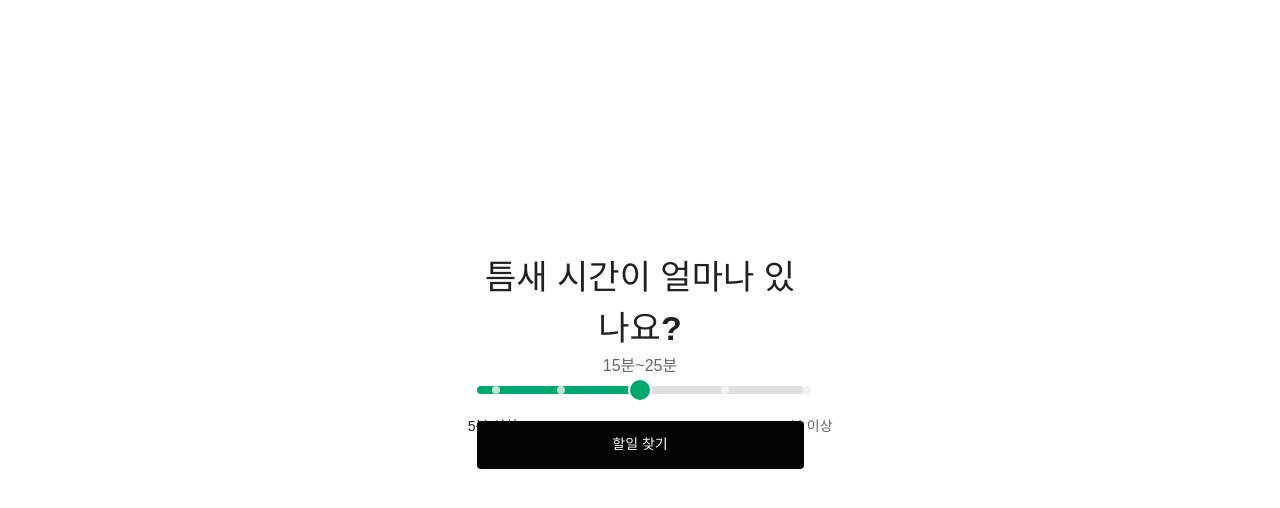
Repository: Tickley-Team/Tickley
Page: /survey
An editor plug-in stored every save of this project. The page is shown before and after the next save, followed by the edit.
The browser window is 1280 px wide. The pictures show the whole page.
The project was rebuilt for these pictures with package versions that can differ from the ones it lists, and the page was loaded fresh each time. Also part of the build but not shown: vite.config.ts, src/components/BottomNavbar.css, src/components/BottomNavbar.tsx, src/hooks/useLocalStorage.ts, src/stores/timeLeftStore.ts, src/utils.ts, src/components/BasicDialog.tsx, src/pages/Todos.tsx and 12 more.

Above is the page before, as saved 2024-12-09 16:22:33.

### index.html
<!doctype html>
<html lang="en">
  <head>
    <meta charset="UTF-8" />
    <link rel="icon" type="image/svg+xml" href="/src/assets/tickley-favicon.svg" />
    <meta name="viewport" content="width=device-width, initial-scale=1.0" />
    <title>Tickley</title>
    <meta name="description" content="자투리 시간을 알차게 보내고 싶으신가요? 그럼 티클리!">
    <meta property="og:title" content="Tickley">
    <meta property="og:url" content="https://tickley-team.github.io/Tickley/">
    <meta property="og:image" content="https://tickley-team.github.io/Tickley/cute-tickley.png">
    <meta property="og:description" content="자투리 시간을 알차게 보내고 싶으신가요? 그럼 티클리!">
  </head>
  <body>
    <div id="root"></div>
    <script type="module" src="/src/main.tsx"></script>
  </body>
</html>

### src/index.css
:root {
  font-family: Pretandard, system-ui, Avenir, Helvetica, Arial, sans-serif;

  color-scheme: light dark;
  font-synthesis: none;
  text-rendering: optimizeLegibility;
  -webkit-font-smoothing: antialiased;
  -moz-osx-font-smoothing: grayscale;
}

@font-face {
  font-family: 'S-CoreDream-5Medium';
  src: url('https://fastly.jsdelivr.net/gh/projectnoonnu/noonfonts_six@1.2/S-CoreDream-5Medium.woff')
    format('woff');
  font-weight: 500;
  font-style: normal;
}

@font-face {
  font-family: 'S-CoreDream-6Bold';
  src: url('https://fastly.jsdelivr.net/gh/projectnoonnu/noonfonts_six@1.2/S-CoreDream-6Bold.woff')
    format('woff');
  font-weight: 600;
  font-style: normal;
}

@font-face {
  font-family: 'S-CoreDream-8Heavy';
  src: url('https://fastly.jsdelivr.net/gh/projectnoonnu/noonfonts_six@1.2/S-CoreDream-8Heavy.woff')
    format('woff');
  font-weight: 800;
  font-style: normal;
}

@font-face {
  font-family: 'S-CoreDream-7ExtraBold';
  src: url('https://fastly.jsdelivr.net/gh/projectnoonnu/noonfonts_six@1.2/S-CoreDream-7ExtraBold.woff')
    format('woff');
  font-weight: 700;
  font-style: normal;
}

### src/App.tsx
import './App.css'

import Todos from './pages/Todos'
import TodosFind from './pages/TodosFind'
import SurveySpareTime from './pages/SurveySpareTime'
import Home from './pages/Home'
import OnboardingPage from './pages/OnboardingPage'
import TodosMemory from './pages/TodosMemory'
import ProgressTimer from './pages/ProgressTimer'
import CompletedTimer from './pages/CompletedTimer'
import { fetchRecommendTodos } from './api/fetchRecommendTodos'
import { createBrowserRouter, RouterProvider } from 'react-router'
import { ThemeProvider } from '@mui/material/styles'
import { TickleyTheme } from './theme'
import CssBaseline from '@mui/material/CssBaseline'

function App() {
  const isProduction = process.env.NODE_ENV === 'production'
  const basename = isProduction ? '/Tickley' : '/'

  const router = createBrowserRouter(
    [
      {
        path: '/',
        element: <Home />,
      },
      {
        path: '/todos',
        element: <Todos />,
      },
      {
        path: '/todos/find',
        element: <TodosFind />,
        loader: () =>
          fetchRecommendTodos(
            `${import.meta.env.BASE_URL}data/todoRecommendData.json`,
          ),
      },
      {
        path: '/todos/memory',
        element: <TodosMemory />,
      },
      {
        path: '/survey',
        element: <SurveySpareTime />,
      },
      {
        path: '/onboarding/:onboardingId',
        element: <OnboardingPage />,
      },
      {
        path: '/timer/progress',
        element: <ProgressTimer />,
      },
      {
        path: '/timer/completed',
        element: <CompletedTimer />,
      },
    ],
    {
      basename,
    },
  )

  return (
    <ThemeProvider theme={TickleyTheme}>
      <RouterProvider router={router} />
      <CssBaseline />
    </ThemeProvider>
  )
}

export default App

### src/App.css
#root {
  /* max-width: 1280px; */
  margin: 0 auto;
  text-align: center;
}

### src/pages/SurveySpareTime/index.tsx
import { useCallback } from 'react'
import { useNavigate } from 'react-router'
import { MobileLayout } from '../../layout/MobileLayout'
import { RangeSlider } from '../../components/RangeSlider'
import { Typography } from '@mui/material'
import { CTAButton } from '../../components/Button'

const SurveySpareTime = () => {
  const navigate = useNavigate()
  const handleClickButton = useCallback(() => {
    navigate('/todos/find')
  }, [])
  return (
    <MobileLayout>
      <Typography variant="title-6-bold-34">
        틈새 시간이 얼마나 있나요?
      </Typography>
      <RangeSlider />
      <CTAButton onClick={handleClickButton}>할일 찾기 </CTAButton>
    </MobileLayout>
  )
}

export default SurveySpareTime

### src/api/fetchRecommendTodos.ts
import { RecommendTodo } from '../types'

export const fetchRecommendTodos = async (
  path: string,
): Promise<Array<RecommendTodo>> => {
  try {
    const response = await fetch(path)
    if (!response.ok) {
      throw new Error(`HTTP error! status: ${response.status}`)
    }
    return response.json()
  } catch (error) {
    if (error instanceof Error) {
      throw new Error(`데이터 로드 실패: ${error.message}`)
    }
    throw new Error('알 수 없는 에러가 발생했습니다')
  }
}

### src/theme.ts
import { createTheme } from '@mui/material/styles'

import tokens from './assets/tokens.json'

import React from 'react'

export const TickleyTheme = createTheme({
  palette: {
    primary100: tokens.color.pri100.value,
    primary500: tokens.color.pri500.value,
    primary900: tokens.color.pri900.value,

    gray100: tokens.color.gray100.value,
    gray200: tokens.color.gray200.value,
    gray300: tokens.color.gray300.value,
    gray400: tokens.color.gray400.value,
    gray600: tokens.color.gray600.value,
    gray700: tokens.color.gray700.value,
    gray800: tokens.color.gray800.value,
    gray900: tokens.color.gray900.value,
    gray1000: tokens.color.gray1000.value,

    semanticRed: '#F24822',
    semanticPurple1: '#5B67BA',
    semanticGreen: '#009951',
    semanticGreen1: '#D6F2CC',
    semanticGreen2: '#B2DDA2',
    semanticGreen3: '#7BB766',
    semanticGreen4: '#367A1E',
  },

  typography: {
    fontFamily: '"S-CoreDream", Arial, sans-serif',

    'headline-8-heavy': {
      fontWeight: 800,

      fontSize: '48px',
    },

    'headline-5-medium': {
      fontWeight: 500,

      fontSize: '66px',
    },

    'title-6-bold-34': {
      fontWeight: 600,

      fontSize: '34px',
    },

    'title-5-medium-26': {
      fontWeight: 500,

      fontSize: '26px',
    },

    'title-7-extrabold-20': {
      fontWeight: 700,

      fontSize: '20px',
    },

    'title-5-medium-18': {
      fontWeight: 500,

      fontSize: '18px',
    },

    'title-5-medium-16': {
      fontWeight: 500,

      fontSize: '16px',
    },

    'title-5-medium-12': {
      fontWeight: 500,

      fontSize: '12px',
    },
  },
})

//TODO: 타입 정의 파일로 옮기기

declare module '@mui/material/styles' {
  interface Palette {
    primary100: string
    primary500: string
    primary900: string
    gray100: string
    gray200: string
    gray300: string
    gray400: string
    gray600: string
    gray700: string
    gray800: string
    gray900: string
    gray1000: string

    semanticGreen1: string
    semanticGreen2: string
    semanticGreen3: string
    semanticGreen4: string
    semanticRed: string
    semanticPurple1: string
    semanticGreen: string
  }

  interface PaletteOptions {
    primary100: string
    primary500: string
    primary900: string
    gray100: string
    gray200: string
    gray300: string
    gray400: string
    gray600: string
    gray700: string
    gray800: string
    gray900: string
    gray1000: string

    semanticGreen1: string
    semanticGreen2: string
    semanticGreen3: string
    semanticGreen4: string
    semanticRed: string
    semanticPurple1: string
    semanticGreen: string
  }
}

declare module '@mui/material/Typography' {
  interface TypographyPropsVariantOverrides {
    'headline-5-medium': true

    'headline-8-heavy': true

    'title-6-bold-34': true

    'title-5-medium-26': true

    'title-7-extrabold-20': true

    'title-5-medium-18': true

    'title-5-medium-16': true

    'title-5-medium-12': true
  }
}

declare module '@mui/material/styles' {
  interface TypographyVariants {
    'headline-5-medium': React.CSSProperties

    'headline-8-heavy': React.CSSProperties

    'title-6-bold-34': React.CSSProperties

    'title-5-medium-26': React.CSSProperties

    'title-7-extrabold-20': React.CSSProperties

    'title-5-medium-18': React.CSSProperties

    'title-5-medium-16': React.CSSProperties

    'title-5-medium-12': React.CSSProperties
  }

  interface TypographyVariantsOptions {
    'headline-5-medium'?: React.CSSProperties

    'headline-8-heavy'?: React.CSSProperties

    'title-6-bold-34'?: React.CSSProperties

    'title-5-medium-26'?: React.CSSProperties

    'title-7-extrabold-20'?: React.CSSProperties

    'title-5-medium-18'?: React.CSSProperties

    'title-5-medium-16'?: React.CSSProperties

    'title-5-medium-12'?: React.CSSProperties
  }
}

### src/components/RangeSlider.tsx
import styled from '@emotion/styled'
import { Box, Slider, SliderProps, Typography } from '@mui/material'
import { useRecommendTodoFilterStore } from '../stores/recommendTodoFilterStore'

type RangeSliderProps = Partial<SliderProps>

const RangeMapper = [
  { value: 5, label: '5분 이하', displayText: '5분 이하', time: 5 },
  { value: 25, label: '', displayText: '5분~15분', time: 15 },
  { value: 50, label: '', displayText: '15분~25분', time: 25 },
  { value: 75, label: '', displayText: '25분~35분', time: 35 },
  { value: 100, label: '40분 이상', displayText: '40분 이상', time: 40 },
]

export const RangeSlider = ({ ...restProps }: RangeSliderProps) => {
  const { spareTime, setSpareTime } = useRecommendTodoFilterStore()

  const handleChange = (_event: Event, value: number | number[]) => {
    const time = RangeMapper.find((step) => step.value === value)?.time
    setSpareTime(time ?? 5)
  }

  const marks = RangeMapper.map(({ value, label }) => ({
    value,
    label,
  }))
  return (
    <Box width={'100%'}>
      <Typography sx={{ mb: 1, color: '#666666' }}>
        {/* TODO: refactor 연산 */}
        {RangeMapper.find(({ time }) => time === spareTime)?.displayText}
      </Typography>
      <CustomSlider
        value={RangeMapper.find(({ time }) => time === spareTime)?.value}
        marks={marks}
        step={null}
        onChange={handleChange}
        {...restProps}
      />
    </Box>
  )
}

const CustomSlider = styled(Slider)({
  height: 8,
  padding: 0,
  '& .MuiSlider-rail': {
    opacity: 1,
    backgroundColor: '#E0E0E0', // gray300
  },
  '& .MuiSlider-track': {
    border: 'none',
    backgroundColor: '#00A76F', // pri500
  },
  '& .MuiSlider-thumb': {
    height: 24,
    width: 24,
    backgroundColor: '#00A76F', // pri500
    border: '2px solid #fff',
    '&:focus, &:hover, &.Mui-active, &.Mui-focusVisible': {
      boxShadow: 'inherit',
    },
    '&:before': {
      display: 'none',
    },
  },
  '& .MuiSlider-mark': {
    backgroundColor: '#F2F2F2', // gray200
    height: 8,
    width: 8,
    borderRadius: '50%',
    marginTop: 0,
  },
})

### src/layout/MobileLayout.tsx
import { Container } from '@mui/material'

export const MobileLayout = ({
  children,
  ...restProps
}: {
  children: React.ReactNode
}) => {
  return (
    <Container
      sx={{
        maxWidth: '375px', // 최대 너비 375px
        margin: '0 auto',
        backgroundColor: 'white',
        height: '100vh',
        display: 'flex', // Flexbox를 사용하여 콘텐츠 정렬
        flexDirection: 'column',
        justifyContent: 'center',
        alignItems: 'center',
        '@media (min-width: 1200px)': {
          maxWidth: '375px', // 1200px 이상에서도 375px 고정
        },
      }}
      {...restProps}
    >
      {/* 여기에 콘텐츠를 추가 */}
      {children}
    </Container>
  )
}

### src/stores/recommendTodoFilterStore.ts
import { create } from 'zustand'

interface RecommendTodoFilterStore {
  categoryName: string
  spareTime: number
  setSpareTime: (spareTime: number) => void
  setCategoryName: (categoryName: string) => void
}
export const useRecommendTodoFilterStore = create<RecommendTodoFilterStore>()(
  (set) => ({
    categoryName: '휴식',
    spareTime: 25,
    setSpareTime: (spareTime) => set({ spareTime }),
    setCategoryName: (categoryName) => set({ categoryName }),
  }),
)

### src/components/Button.tsx
import { Button as BaseButton, ButtonProps } from '@mui/material'
import { styled } from '@mui/system'

type Props = ButtonProps & {
  children: React.ReactNode
}
export const CTAButton = ({ children, ...restProps }: Props) => {
  return <Button {...restProps}>{children}</Button>
}

const Button = styled(BaseButton)(({ theme }) => ({
  height: 48,
  borderRadius: 4,
  width: '100%',
  justifyContent: 'center',
  alignItems: 'center',
  display: 'inline-flex',
  backgroundColor: theme.palette.gray1000, // theme 사용
  color: theme.palette.gray100, // theme 사용
}))

### src/assets/tokens.json
{
  "color": {
    "pri500": {
      "description": "",
      "type": "color",
      "value": "#1d997cff",
      "blendMode": "normal"
    },
    "pri100": {
      "description": "",
      "type": "color",
      "value": "#d7f6efff",
      "blendMode": "normal"
    },
    "pri900": {
      "description": "",
      "type": "color",
      "value": "#044637ff",
      "blendMode": "normal"
    },
    "gray1000": {
      "description": "",
      "type": "color",
      "value": "#040404ff",
      "blendMode": "normal"
    },
    "gray300": {
      "description": "",
      "type": "color",
      "value": "#f0f1f5ff",
      "blendMode": "normal"
    },
    "gray400": {
      "description": "",
      "type": "color",
      "value": "#d9dae2ff",
      "blendMode": "normal"
    },
    "gray500": {
      "description": "",
      "type": "color",
      "value": "#b9babfff",
      "blendMode": "normal"
    },
    "gray900": {
      "description": "",
      "type": "color",
      "value": "#232327ff",
      "blendMode": "normal"
    },
    "gray600": {
      "description": "",
      "type": "color",
      "value": "#999a9fff",
      "blendMode": "normal"
    },
    "gray700": {
      "description": "",
      "type": "color",
      "value": "#717277ff",
      "blendMode": "normal"
    },
    "gray800": {
      "description": "",
      "type": "color",
      "value": "#3f3f44ff",
      "blendMode": "normal"
    },
    "gray200": {
      "description": "",
      "type": "color",
      "value": "#f9fafcff",
      "blendMode": "normal"
    },
    "gray100": {
      "description": "",
      "type": "color",
      "value": "#ffffffff",
      "blendMode": "normal"
    }
  },
  "grid": {
    "grid": {
      "0": {
        "type": "custom-grid",
        "value": {
          "pattern": "columns",
          "gutterSize": 0,
          "alignment": "stretch",
          "count": 1,
          "offset": 16
        }
      },
      "1": {
        "type": "custom-grid",
        "value": {
          "pattern": "columns",
          "gutterSize": 16,
          "alignment": "stretch",
          "count": 4,
          "offset": 16
        }
      },
      "description": null
    }
  },
  "variable collection": {
    "pri500": { "type": "color", "value": "#f5c21aff", "blendMode": "normal" },
    "pri600": { "type": "color", "value": "#f5bb1aff", "blendMode": "normal" },
    "color": {
      "description": "",
      "type": "color",
      "value": "{variable collection.pri500}"
    }
  }
}

Loaded but not shown: src/main.tsx (common file)

After the next save:
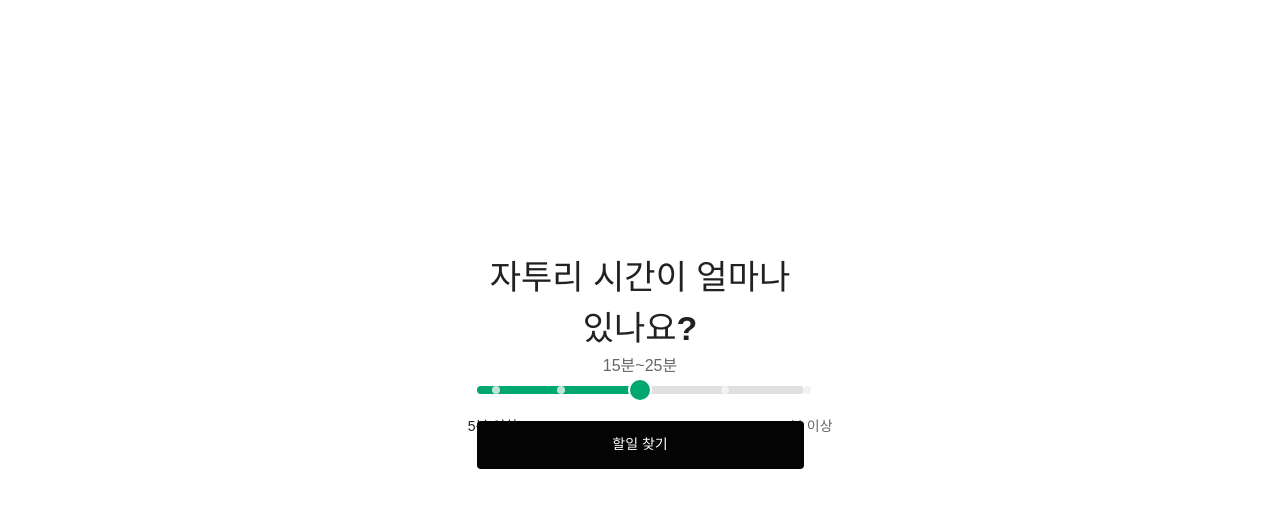
Saved 28 s later.
--- a/src/pages/SurveySpareTime/index.tsx
+++ b/src/pages/SurveySpareTime/index.tsx
@@ -13,7 +13,7 @@
   return (
     <MobileLayout>
       <Typography variant="title-6-bold-34">
-        틈새 시간이 얼마나 있나요?
+        자투리 시간이 얼마나 있나요?
       </Typography>
       <RangeSlider />
       <CTAButton onClick={handleClickButton}>할일 찾기 </CTAButton>
